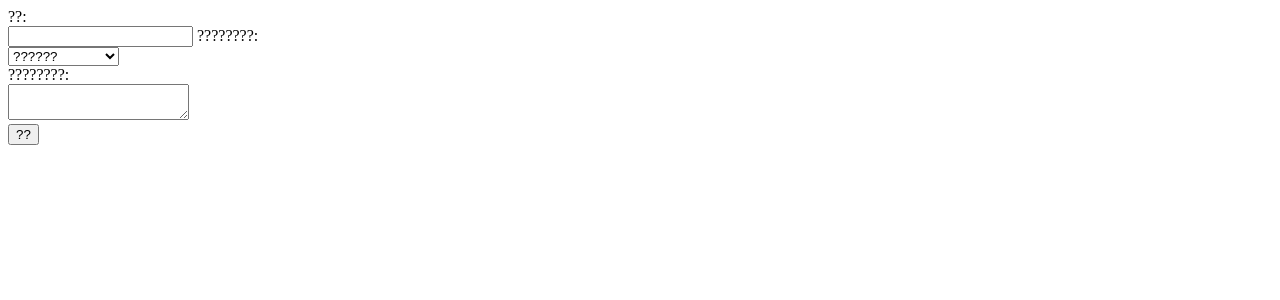
Repository: kf3225/backup
Page: http://localhost/HelloServlet/inquiry.jsp
An editor plug-in stored every save of this project. The page is shown before and after the next save, followed by the edit.
The browser window is 1280 px wide. The pictures show the whole page.
The page is served by Tomcat 9. Other server files are loaded and not shown.

Above is the page before, as saved 2018-01-09 07:24:25.

### HelloServlet/WebContent/inquiry.jsp
<%@ page language="java" contentType="text/html charset=UTF-8" pageEncoding="UTF-8" %>
<!DOCTYPE html>
<html lang="ja">
	<head>
		<meta charset="UTF-8">
		<title>お問い合わせフォーム</title>
	</head>
	<body>
		<form method="post" action="InquiryServlet">
			名前:<br> <input type="text" name="name">
			お問い合わせ内容:<br> <select name="qtype">
				<option value="company">会社について</option>
				<option value="product">製品について</option>
				<option value="support">アフターサポートについて</option>
			</select><br>お問い合わせ内容:<br>
			<textarea name="body">
			</textarea><br>
			<input type="submit" value="送信">
		</form>
	</body>
</html>

After the next save:
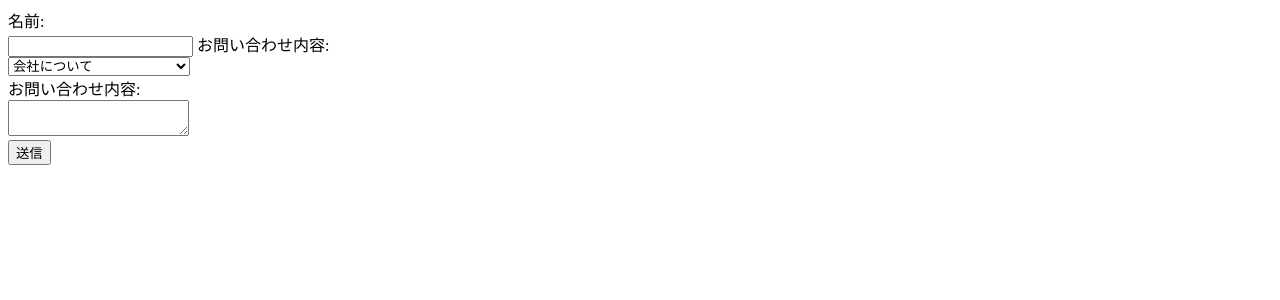
Saved 13 min 13 s later.
--- a/HelloServlet/WebContent/inquiry.jsp
+++ b/HelloServlet/WebContent/inquiry.jsp
@@ -1,4 +1,4 @@
-<%@ page language="java" contentType="text/html charset=UTF-8" pageEncoding="UTF-8" %>
+<%@ page language="java" contentType="text/html; charset=UTF-8" pageEncoding="UTF-8" %>
 <!DOCTYPE html>
 <html lang="ja">
 	<head>
